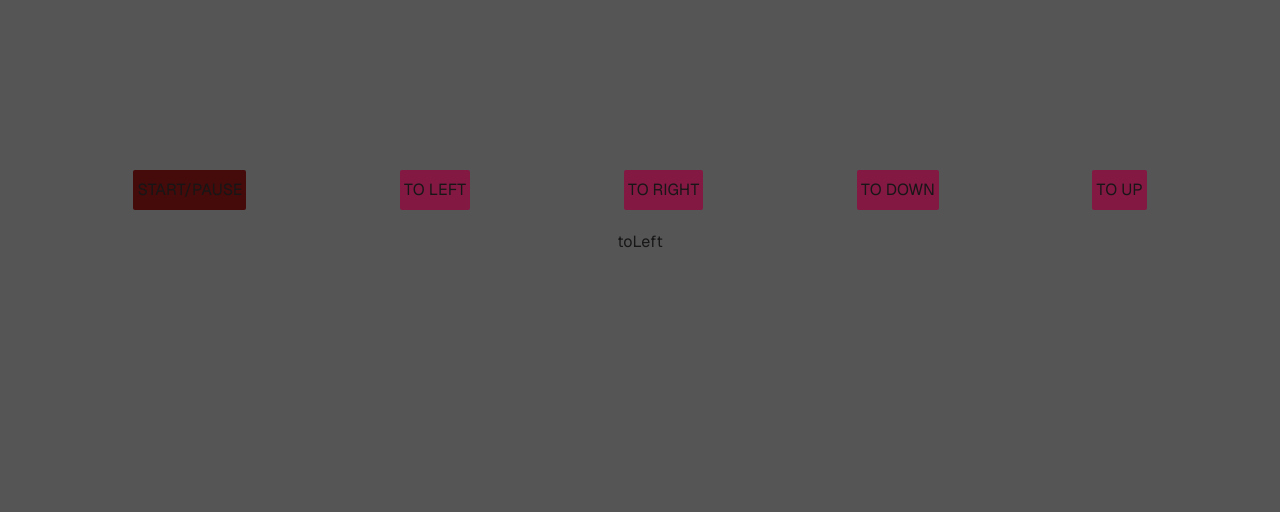
Repository: newstar456/Snake-Game
Page: /
An editor plug-in stored every save of this project. The page is shown before and after a run of saves, followed by the edit.
The browser window is 1280 px wide. The pictures show the whole page.
The project was rebuilt for these pictures with package versions that can differ from the ones it lists, and the page was loaded fresh each time. The framework's server and built-in components were replaced by stand-ins that run in the browser. Also part of the build but not shown: next.config.ts.

Above is the page before, as saved 2025-06-04 20:15:52.

### src/app/page.tsx
// 'use client'
import { promises as fs } from 'fs';
import bestResultRemake, {searchBestResult} from '@/lib/utils';
// import FileUploader from '@/components/FileUploader/FileUploader';
// import Canvas from '@/components/Canvas';
// import Canvas2 from '@/components/Canvas2';
// import Canvas3 from '@/components/Canvas3';
// import CanvasDragAndDrop from '@/components/CanvasDragAndDrop';
// import Paint from '@/components/Paint';
// import Image from '@/components/Image';
import SnakeGame from '@/components/SnakeGame';

export default async function Home() {


  return (
    <div className="flex flex-col items-start justify-center font-[family-name:var(--font-geist-sans)]">
        {/* <div>
          <p>{'Найбільша послідовність з тестового файлу:'}</p>
          {bestResult.map((number,idx) => {
            return (
              <div className='inline-block' key={idx}>
                <span>{' '}</span>
                <span>{number}</span>
                <span>{' '}</span>
                {idx === bestResult.length-1 ? ' ' :  <span>{'> '}</span>}
              </div>
            )
          })}
          <p>{'Зібраний пазл з тестового файлу:'}</p>
          <p>{finalResult}</p>
        </div> */}
        {/* <FileUploader /> */}
        {/* <Canvas /> */}
        {/* <Image /> */}
        {/* <Canvas2 /> */}
        {/* <Canvas3 /> */}
        {/* <Paint /> */}
        {/* <CanvasDragAndDrop /> */}
        <SnakeGame />
    </div>
  );
}

### src/components/SnakeGame.tsx
'use client'

import React, {useEffect, useState, useRef} from 'react'
import SingleCell from './SingleCell';
import Snake from './Snake';
// import SnakeSegment from "./SnakeSegment";
import {HeadDirection,SnakeInterface} from '@types'



const SnakeGame = () => {

    const canvasRef = useRef<HTMLCanvasElement | null>(null);
    const [direction, setDirection] = useState<HeadDirection>('toLeft');
    const [gameActive, setGameActive] = useState<boolean>(false);
    const [snake, setSnake] = useState<Snake|null>(null);
    const animationFrameRef = useRef<number>();

    useEffect(() => {

        const canvas = canvasRef.current;
        if (!canvas) return;
        const context = canvas.getContext('2d');
        if (!context) return;
        canvas.width = 800;
        canvas.height = 400;

        const drawCanvas = () => {
            const cells_array = [];

            for (let i = 1; i < 39; i++) {
              for (let j = 1; j < 19; j++) {
                const xpos = i * 20;
                const ypos = j * 20;
                const cell = new SingleCell(xpos, ypos, true);
                cell.draw(context);
              }
            }

            for (let i = 1; i < 39; i++) {
              const xpos = i * 20;
              const top = new SingleCell(xpos, 0, false);
              const bottom = new SingleCell(xpos, 380, false);
            //   cells_array.push(top);
            //   cells_array.push(bottom);
              top.draw(context);
              bottom.draw(context);
            }

            for (let j = 0; j < 20; j++) {
              const ypos = j * 20;
              const left = new SingleCell(0, ypos, false);
              const right = new SingleCell(780, ypos, false);
              left.draw(context);
              right.draw(context);
            }
        };

        drawCanvas();

        if (gameActive) {
            if (!snake) {
              const newSnake = new Snake();
              setSnake(newSnake);
            }
            const render = () => {
                context.clearRect(0, 0, canvas.width, canvas.height);
                drawCanvas();

                if (snake) {
                  const updatedData: SnakeInterface = snake.updateSnake(snake, context, direction);
                  const updatedSnake = new Snake(
                    updatedData.segments,
                    updatedData.headHistory,
                    updatedData.headDirection
                  );
                  setSnake(updatedSnake);
                  updatedSnake.renderSnake(context, direction, updatedSnake);
                }

                animationFrameRef.current = requestAnimationFrame(render);
            };

            render();
        }

        return () => {
            if (animationFrameRef.current) cancelAnimationFrame(animationFrameRef.current);
        };

        // let animationFrameId: number;

        // const startButton = document.getElementById('startGame')
        // const toLeftButton = document.getElementById('toLeft')

        // function createCanvas(){

        //     for (let i = 1; i<39; i++) {
        //         for (let j = 1; j<19;j++) {
        //             const xpos = i * 20;
        //             const ypos = j * 20;
        //             const cell = new SingleCell(xpos,ypos, true);
        //             cell.draw(context);
        //         }
        //     }
        //     for (let i = 1; i<39; i++) {
        //         const xpos = i * 20;
        //         const cell = new SingleCell(xpos,0, false);
        //         cells_array.push(cell);
        //         cell.draw(context);
        //     }
        //     for (let i = 1; i<39; i++) {
        //         const xpos = i * 20;
        //         const cell = new SingleCell(xpos,380, false);
        //         cell.draw(context);
        //     }
        //     for (let j = 0; j<20;j++) {
        //         const ypos = j * 20;
        //         const cell = new SingleCell(0,ypos, false);
        //         cell.draw(context);
        //     }
        //     for (let j = 0; j<20;j++) {
        //         const ypos = j * 20;
        //         const cell = new SingleCell(780,ypos, false);
        //         cell.draw(context);
        //     }
        // }
        // createCanvas();

        // startButton?.addEventListener('click', handleStartPause, false);
        // toLeftButton?.addEventListener('click', handleMoveToLeft, false);

        // function handleStartPause() {
        //     if(!gameActive){
        //         setGameActive(true)
        //         console.log('game active');
        //         if(!snake){
        //             const newSnake = new Snake();
        //             setSnake(newSnake);
        //         } else {
        //             console.log(snake);
        //             // snake?.createSnake(context, direction);
        //         }
        //     } else{
        //         setGameActive(false)
        //         console.log('game paused');
        //     }
        // }

        //  console.log(snake);

        // function handleMoveToLeft() {
        //     context.clearRect(0,0, canvas.width, canvas.height);
        //     createCanvas();
        //     if(!snake) return;
        //     console.log(snake);
        //     const updatedSnakeData:SnakeInterface = snake.updateSnake(snake, context, direction);
        //     console.log(updatedSnakeData);
        //     // snake.segments = updatedSnakeData.segments;
        //     const updatedSnake = new Snake(
        //         updatedSnakeData.segments,
        //         updatedSnakeData.headHistory,
        //         updatedSnakeData.headDirection
        //     );
        //     setSnake(updatedSnake);

        //     // const updatedSnake = new Snake({head: updatedSnakeData?.segments.head, body:[updatedSnakeData?.segments.body[0],updatedSnakeData?.segments.body[1], updatedSnakeData?.segments.body[2]], tail: updatedSnakeData?.segments.tail},updatedSnakeData?.headHistory,updatedSnakeData?.headDirection);
        //     // setSnake(updatedSnake);
        //     // console.log(updatedSnake);
        //     // console.log();
        // }

        // const init = () => {
        //     const render = () => {
        //         snake?.renderSnake(context, direction, snake);//to create images only in fucn renderSnake, and in other funcs only to update data
        //         animationFrameId = requestAnimationFrame(render);
        //     };
        //     render();
        // };

        // init();
        // return () => {
        //     cancelAnimationFrame(animationFrameId);
        // };

    }, [gameActive, direction]);

    function startGame(){
        setGameActive(!gameActive);
    }
    function setRightToLeft(){ setDirection('toLeft')}
    function setLeftToRight(){ setDirection('toRight')}
    function setUpToDown(){ setDirection('down')}
    function setDownToUp(){ setDirection('up')}

  return (
    <div className='w-full text-center'>
        <canvas id="canvas" className='inline'></canvas>
        <div className='flex justify-evenly'>
            <button className='bg-red-950 rounded-sm h-10 w-50 p-1 text-center align-middle m-5' onClick={startGame} id='startGame'>START/PAUSE</button>
            <button className='bg-pink-900 rounded-sm h-10 w-50 p-1 text-center align-middle m-5' onClick={setRightToLeft} id='toLeft'>TO LEFT</button>
            <button className='bg-pink-900 rounded-sm h-10 w-50 p-1 text-center align-middle m-5' onClick={setLeftToRight}>TO RIGHT</button>
            <button className='bg-pink-900 rounded-sm h-10 w-50 p-1 text-center align-middle m-5' onClick={setUpToDown}>TO DOWN</button>
            <button className='bg-pink-900 rounded-sm h-10 w-50 p-1 text-center align-middle m-5' onClick={setDownToUp}>TO UP</button>
        </div>
        <p>{direction}</p>
    </div>
  )
}

export default SnakeGame

### src/components/SingleCell.tsx
interface TableSingleCell {
  x:number,
  y:number,
  permeability:boolean,
  draw(context:CanvasRenderingContext2D): void,
}

export default class SingleCell implements TableSingleCell {

  constructor(
    private _x: number = 0,
    private _y: number = 0,
    private _permeability: boolean = false,
  ) {}
  get x(): number { return this._x; }
  get y(): number { return this._y; }
  get permeability(): boolean { return this._permeability; }

  set x(x:number) {this._x = x}
  set y(y:number) {this._y = y}
  set permeability(permeability:boolean) {this._permeability = permeability}


  draw(context:CanvasRenderingContext2D) {
    // context.fillText(this._text, this._x+5, this._y+5);
    // context.textAlign = "center";
    // context.textBaseline = "middle"
    // context.font = "10px Arial";
    context.fillStyle = this._permeability ? '#FDFEFE' : '#CDCFCF';
    context.fillRect(this._x, this._y, 20, 20);
    context.strokeStyle = '#FBEAEA';
    // var fillRect = true;
    context.strokeRect(this._x, this._y, 20, 20);
    // if (fillRect) {
    //   context.fill();
    // }
    // context.stroke();
    // context.fillStyle = this._permeability ? '#FDFEFE' : '#CDCFCF';
    // context.beginPath();
    // context.strokeStyle = '#FBEAEA';
    // context.fillRect(this._x, this._y, 20, 20);
    // context.stroke();
    // context.closePath();
  }
}

### src/components/Snake.tsx
'use client'

import { useMemo } from 'react';
import SnakeSegment from "./SnakeSegment";
import { HeadDirection, SnakeInterface } from '@types';



export default class Snake implements SnakeInterface {

  constructor(
    private _segments: {head:SnakeSegment, body:SnakeSegment[], tail:SnakeSegment} = {head: new SnakeSegment({x:360, y:180}, true, false, false, {x:440, y:180}), body:[new SnakeSegment({x:380, y:180}, false, true, false, {x:440, y:180}), new SnakeSegment({x:400, y:180}, false, true, false, {x:440, y:180}), new SnakeSegment({x:420, y:180}, false, true, false, {x:440, y:180})], tail: new SnakeSegment({x:440, y:180}, false, false, true, {x:440, y:180})},
    private _headHistory: {x:number, y:number}[] = [{x:360, y:180}, {x:380, y:180},{x:400, y:180},{x:420, y:180},{x:440, y:180}],
    private _headDirection: HeadDirection = 'toLeft',
  ) {}

  get segments(): {head:SnakeSegment, body:SnakeSegment[], tail:SnakeSegment} { return this._segments }
  get headHistory(): {x:number, y:number}[] { return this._headHistory }
  get headDirection(): HeadDirection { return this._headDirection }

  set segments(segments:{head:SnakeSegment, body: SnakeSegment[], tail:SnakeSegment}) {this._segments = segments}
  set headHistory(headHistory:{x:number, y:number}[]) {this._headHistory = headHistory}
  set headDirection(headDirection: HeadDirection) {this._headDirection = headDirection}

  renderSnake(context:CanvasRenderingContext2D, direction:HeadDirection, snake:SnakeInterface) {
    const currentHeadCoord = snake.headHistory[0];
    const totalQtySegments = 1 + snake.segments.body.length + 1;
    const lastTailCoord = snake.headHistory[totalQtySegments-1];
    const bodySegmentsQty = snake.segments.body.length;
    const snakeHead = new SnakeSegment({x:currentHeadCoord.x, y:currentHeadCoord.y}, true, false, false, lastTailCoord);
    snakeHead.createSegment('head', context, direction);
    const snakeTail = new SnakeSegment({x:lastTailCoord.x, y:lastTailCoord.y}, false, false, true, lastTailCoord);
    snakeTail.createSegment('tail', context, direction);
    for(let i=1; i<=bodySegmentsQty; i++){
      const bodySegmentXCoord = currentHeadCoord.x + 20*i;
      const bodySegmentYCoord = currentHeadCoord.y + 20*0;
      const snakeBody = new SnakeSegment({x:bodySegmentXCoord, y:bodySegmentYCoord}, false, true, false, lastTailCoord);
      snakeBody.createSegment('body', context, direction);
    }
  }

  updateSnake(snake:SnakeInterface, context:CanvasRenderingContext2D, direction:HeadDirection):SnakeInterface {
    const oldSegmentsHead = snake.segments.head;
    const oldSegmentsBody = snake.segments.body;
    const oldSegmentsTail = snake.segments.tail;
    const oldSegmentsLastTail = snake.segments.tail.lastTailCoord;
    const headHistory = snake.headHistory;

    const newHeadData = () => {
      let newHeadCoord;
      switch (direction) {
        case "toLeft":
          newHeadCoord = {...oldSegmentsHead.segmentCoord, x:oldSegmentsHead.segmentCoord.x-20};
          break;
        case "toRight":
          newHeadCoord = {...oldSegmentsHead.segmentCoord, x:oldSegmentsHead.segmentCoord.x+20};
          break;
        case "down":
          newHeadCoord = {...oldSegmentsHead.segmentCoord, y:oldSegmentsHead.segmentCoord.y+20};
          break;
        case "up":
          newHeadCoord = {...oldSegmentsHead.segmentCoord, y:oldSegmentsHead.segmentCoord.y-20};
          break;
        default:
          console.log(`Irrelevant snake direction!`);
      }
      return {
        segmentCoord: newHeadCoord,
      }
    }

    const newHead = (newHeadData() as unknown) as {segmentCoord: {x:number, y:number}};//return only coord;

    // const newHead = oldSegmentsHead.updateHead(context, direction, snake);
    const newTail:SnakeSegment = oldSegmentsTail.updateTail(context, direction, snake);

    const newSnakeBody = [];
    for(let i=0; i<oldSegmentsBody.length; i++){
      const newBodySegment:SnakeSegment = oldSegmentsBody[i].updateBody(context, direction, snake, oldSegmentsBody[i].segmentCoord);
      newSnakeBody.push(newBodySegment);
    }
    const newHeadHistory:{x:number, y:number}[] = [newHead.segmentCoord, ...headHistory];
    // console.log(newHeadHistory);

    return {
      segments: {head: newHead, body: newSnakeBody, tail: newTail},
      headHistory: newHeadHistory,
      headDirection: direction,
    };
  }



}

### src/components/Image.tsx
interface Image {
  imagePath: string,
  createImage(context: CanvasRenderingContext2D, xpos:number, ypos:number, width:number, height:number): void,
}

export default class drawImage implements Image{
  constructor(
    private _imagePath: string = '',
  ) {}

  get imagePath(): string { return this._imagePath; }
  set imagePath(imagePath:string) {this._imagePath = imagePath}

  createImage(context:CanvasRenderingContext2D, xpos:number, ypos:number, width:number = 20, height:number = 20){
    let myImage = document.createElement('img');
    myImage.src = this._imagePath;
    myImage.onload = function() {
      context.drawImage(myImage, xpos, ypos, width, height);
    };
  }
}

### src/resources/constants/images.ts
import bodySprite from '../Images/body.png';
import headLeftSprite from '../Images/headLeft.png';
import headDownSprite from '../Images/headDown.png';
import headRightSprite from '../Images/headRight.png';
import headTopSprite from '../Images/headTop.png';
import tailLeftSprite from '../Images/tailLeft.png';
import tailDownSprite from '../Images/tailDown.png';
import tailRightSprite from '../Images/tailRight.png';
import tailTopSprite from '../Images/tailTop.png';

export const SPRITES = {
  BODY: bodySprite,
  HEAD_LEFT: headLeftSprite,
  HEAD_DOWN: headDownSprite,
  HEAD_RIGHT: headRightSprite,
  HEAD_TOP: headTopSprite,
  TAIL_LEFT: tailLeftSprite,
  TAIL_DOWN: tailDownSprite,
  TAIL_RIGHT: tailRightSprite,
  TAIL_TOP: tailTopSprite,
};

Loaded but not shown: src/app/layout.tsx (common file); src/app/globals.css (common file); tailwind.config.ts (common file); src/components/SnakeSegment.tsx (277 lines, source omitted)

After the next 2 saves:
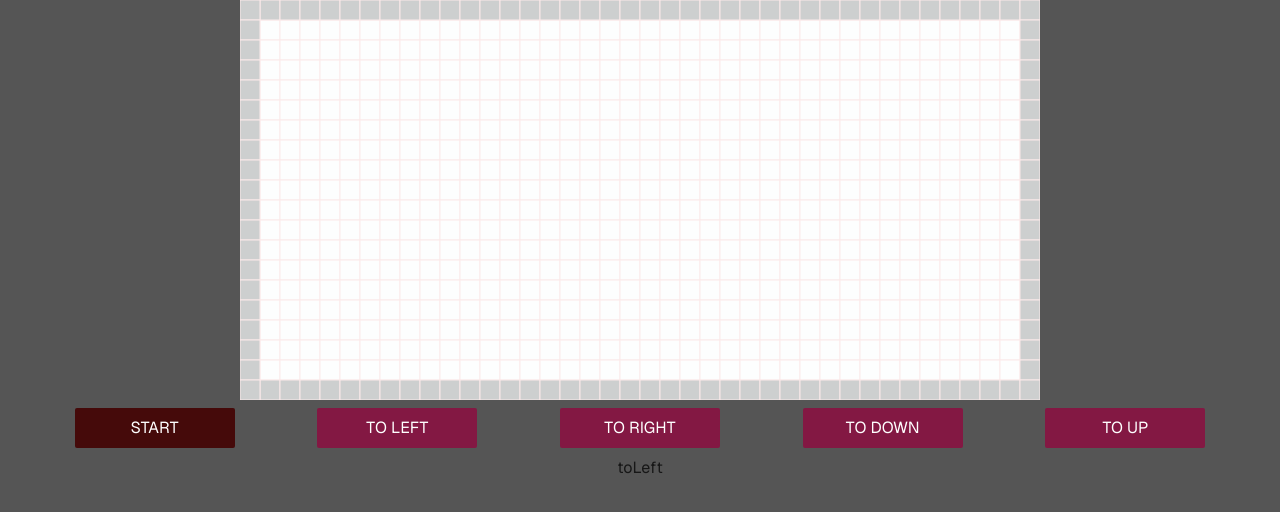
The 2 saves are shown as one change because 1 did not build or start.
The last was saved 44 s later.
--- a/src/components/SnakeGame.tsx
+++ b/src/components/SnakeGame.tsx
@@ -185,27 +185,40 @@ const SnakeGame = () => {
 
     }, [gameActive, direction]);
 
-    function startGame(){
-        setGameActive(!gameActive);
-    }
-    function setRightToLeft(){ setDirection('toLeft')}
-    function setLeftToRight(){ setDirection('toRight')}
-    function setUpToDown(){ setDirection('down')}
-    function setDownToUp(){ setDirection('up')}
+    // function startGame(){
+    //     setGameActive(!gameActive);
+    // }
+    // function setRightToLeft(){ setDirection('toLeft')}
+    // function setLeftToRight(){ setDirection('toRight')}
+    // function setUpToDown(){ setDirection('down')}
+    // function setDownToUp(){ setDirection('up')}
 
   return (
-    <div className='w-full text-center'>
-        <canvas id="canvas" className='inline'></canvas>
-        <div className='flex justify-evenly'>
-            <button className='bg-red-950 rounded-sm h-10 w-50 p-1 text-center align-middle m-5' onClick={startGame} id='startGame'>START/PAUSE</button>
-            <button className='bg-pink-900 rounded-sm h-10 w-50 p-1 text-center align-middle m-5' onClick={setRightToLeft} id='toLeft'>TO LEFT</button>
-            <button className='bg-pink-900 rounded-sm h-10 w-50 p-1 text-center align-middle m-5' onClick={setLeftToRight}>TO RIGHT</button>
-            <button className='bg-pink-900 rounded-sm h-10 w-50 p-1 text-center align-middle m-5' onClick={setUpToDown}>TO DOWN</button>
-            <button className='bg-pink-900 rounded-sm h-10 w-50 p-1 text-center align-middle m-5' onClick={setDownToUp}>TO UP</button>
-        </div>
-        <p>{direction}</p>
+    <div className="w-full text-center">
+      <canvas ref={canvasRef} className="inline" />
+      <div className="flex justify-evenly flex-wrap">
+        <button
+          className="bg-red-950 rounded-sm h-10 w-40 p-1 text-white m-2"
+          onClick={() => setGameActive(!gameActive)}
+        >
+          {gameActive ? 'PAUSE' : 'START'}
+        </button>
+        <button className="bg-pink-900 rounded-sm h-10 w-40 p-1 text-white m-2" onClick={() => setDirection('toLeft')}>
+          TO LEFT
+        </button>
+        <button className="bg-pink-900 rounded-sm h-10 w-40 p-1 text-white m-2" onClick={() => setDirection('toRight')}>
+          TO RIGHT
+        </button>
+        <button className="bg-pink-900 rounded-sm h-10 w-40 p-1 text-white m-2" onClick={() => setDirection('down')}>
+          TO DOWN
+        </button>
+        <button className="bg-pink-900 rounded-sm h-10 w-40 p-1 text-white m-2" onClick={() => setDirection('up')}>
+          TO UP
+        </button>
+      </div>
+      <p>{direction}</p>
     </div>
-  )
+  );
 }
 
 export default SnakeGame
